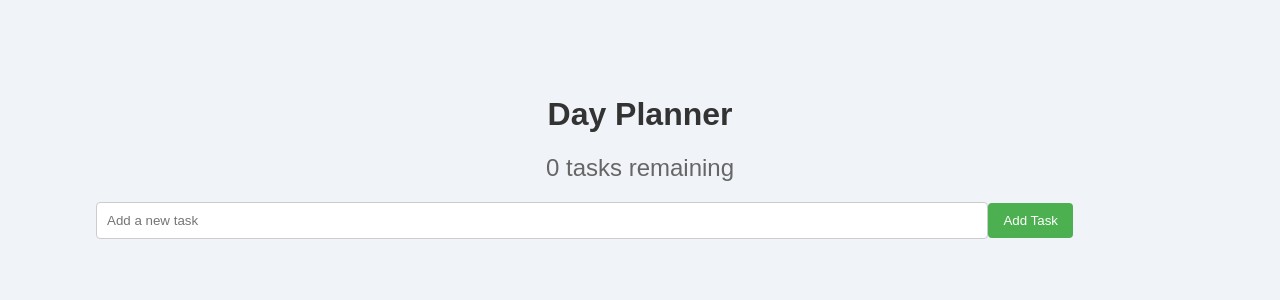
Repository: madelinestruthers/shema-lab04
Page: /
These files come from the project's save history. The page is drawn as it stood at one moment and after the next save; the edit follows.
The browser window is 1280 px wide. The pictures show the whole page.
The project was rebuilt for these pictures with package versions that can differ from the ones it lists, and the page was loaded fresh each time. Also part of the build but not shown: src/components/Task.jsx.

Above is the page before, as saved 2024-10-20 19:53:37.

After the next save:
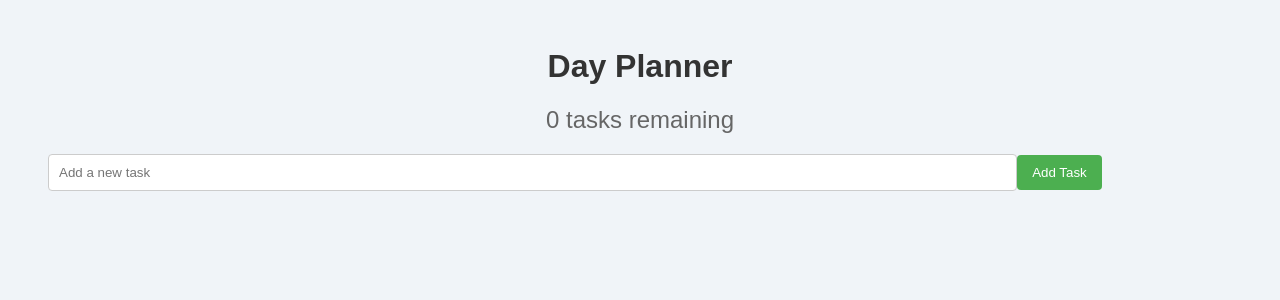
Saved 4 s later.
--- a/src/index.css
+++ b/src/index.css
@@ -2,7 +2,7 @@
 body {
   font-family: Arial, sans-serif;
   background-color: #f0f4f8;
-  margin: 6rem;
+  margin: 3rem;
   padding: 0;
 }
 
